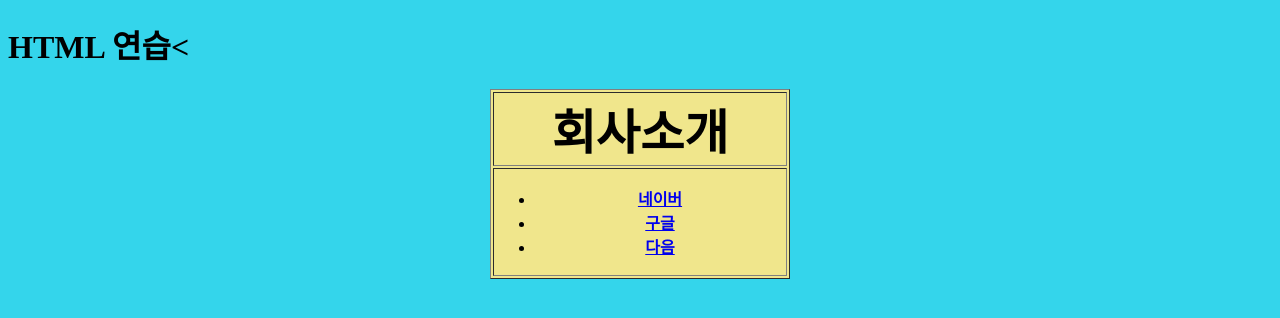
Repository: sika5382/jsp
Page: html/WebContent/NewFile2.html
An editor plug-in stored every save of this project. The page is shown before and after the next save, followed by the edit.
The browser window is 1280 px wide. The pictures show the whole page.

Above is the page before, as saved 2020-10-29 08:16:57.

### html/WebContent/NewFile2.html
<!DOCTYPE html>
<html>
<head>
<meta charset="UTF-8">
<title>Insert title here</title>
</head>
<body style="background-color:#34d5eb;">
	<h1>
		HTML 연습<

	</h1>
		<table border="1" align="center" width="300" bgcolor="khaki">

			<tr>
				<th colspan="3">
					<font size="7 color ="blue">회사소개
				</th>

			</tr>
			<tr>
				<th>

				<ul>

				<li><a href = "https://www.naver.com/" title="네이버">네이버</li>
				<li><a href = "https://www.naver.com/" title="구글">구글</li>
				<li><a href = "https://www.naver.com/" title="다음">다음</li>

				</ul>
				</th>
			</tr>


	</table>








</body>
</html>

After the next save:
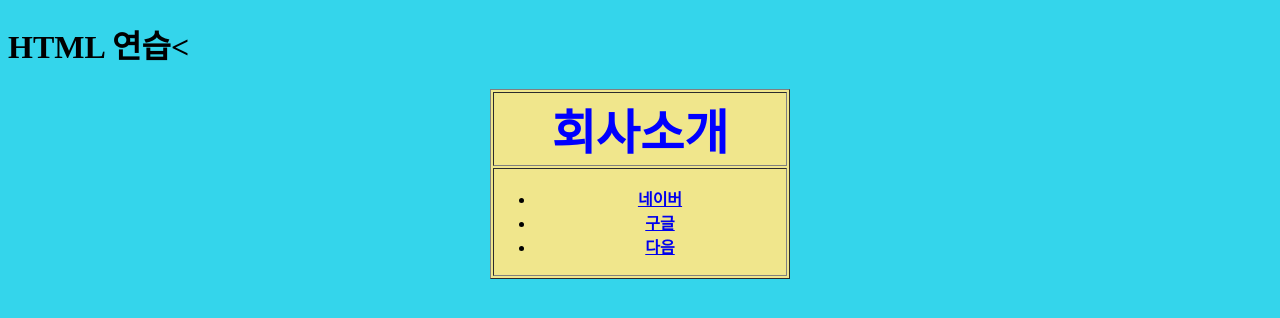
Saved 11 s later.
--- a/html/WebContent/NewFile2.html
+++ b/html/WebContent/NewFile2.html
@@ -13,7 +13,7 @@
 
 			<tr>
 				<th colspan="3">
-					<font size="7 color ="blue">회사소개
+					<font size="7" color ="blue">회사소개
 				</th>
 
 			</tr>
